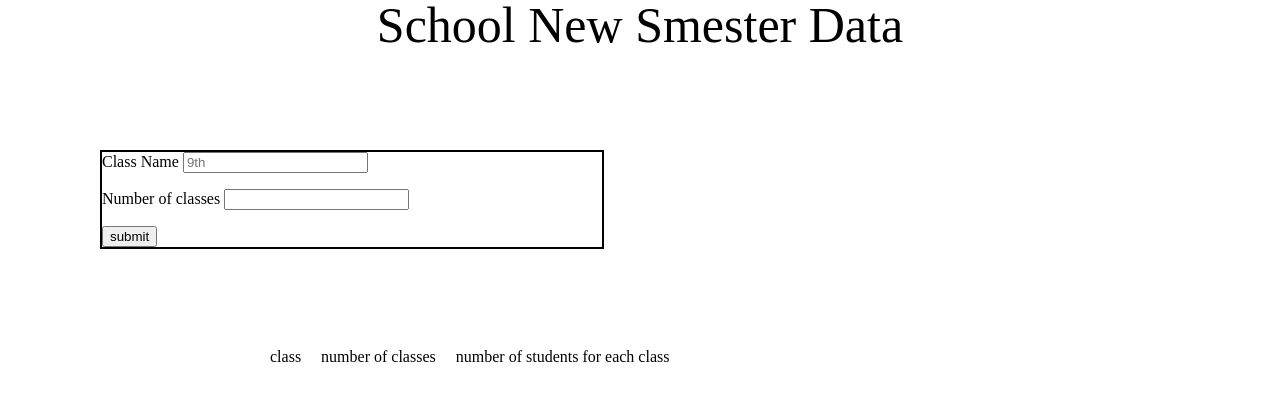
Repository: Razan-am/exam-practice
Page: index.html
The author's editor kept a copy of each file at every save. The page is drawn from the files as they stood at one save, then again after the next save.
The browser window is 1280 px wide. The pictures show the whole page.

Above is the page before, as saved 2021-05-31 00:33:27.

### index.html
<!DOCTYPE html>
<html lang="en">
<head>
    <meta charset="UTF-8">
    <meta http-equiv="X-UA-Compatible" content="IE=edge">
    <meta name="viewport" content="width=device-width, initial-scale=1.0">
    <title>Document</title>
    <link rel="stylesheet" href="css/reset.css">
    <link rel="stylesheet" href="css/style.css">
</head>
<body>
    <header>
        <h1>School New Smester Data</h1>
    </header>
    <main>
        <form action="" id="myForm">
            <fieldset>
                <label for="className">Class Name</label>
                <input type="text" id="className" name="className" placeholder="9th">
                <br/><br/>
                <label for="classNumber">
                    Number of classes
                </label>
                <input type="number" id="classNamber" name="classNumber">
                <br/><br/>
                <input type="submit" value="submit">
            </fieldset>
        </form>
        <div >
            <table id="table"></table>
        </div>
    </main>
    <footer></footer>
    <script src="js/app.js"></script>
</body>
</html>

### css/style.css
h1{
    text-align: center;
    font-size: 50px;
    margin-bottom: 100px;
}

form{
    margin-left: 100px;
    margin-bottom: 100px;

}
fieldset{
    display: inline-block;
    border: 2px solid black;
    width: 500px;
}

table {
    margin-left: 250px;
}
th{
    padding-left: 20px;
}
td{
    padding-left: 20px;
}

### js/app.js
'use strict';

let myForm = document.getElementById('myForm');
let myTable = document.getElementById('table');

let headerData = ['class', 'number of classes', 'number of students for each class']

let mainArr = [];
function Myform(className, numberOfClasses) {
    this.className = className;
    this.numberOfClasses = numberOfClasses;
    // this.randomNumber = 0;
    mainArr.push(this);

}
console.log(mainArr);

// function random(min, max) {
//     mainArr.randomNumber = Math.floor(Math.random() * (max - min + 1)) + min;
// }


myForm.addEventListener('submit', handleSubmit);

function handleSubmit(event) {
    event.preventDefault();
    let className = event.target.className.value;
    let classNumber = event.target.classNumber.value;
    new Myform(className, classNumber);
    setting();
    render();
}

let headerEl = document.createElement('tr');
myTable.appendChild(headerEl);
function render() {
    // myTable.textContent='';
    let tBody = document.createElement('tr');
    myTable.appendChild(tBody);
    headerEl.textContent = '';
        for (let i = 0; i < headerData.length; i++) {
            let thEl = document.createElement('th');
            headerEl.appendChild(thEl);
            thEl.textContent = `${headerData[i]}`
        }
    for (let index = 0; index < mainArr.length; index++) {
        tBody.textContent='';
        let td1 = document.createElement('td');
        tBody.appendChild(td1);
        td1.textContent = `${mainArr[index].className}`;

        let td2 = document.createElement('td');
        tBody.appendChild(td2);
        td2.textContent = `${mainArr[index].numberOfClasses}`;

        // let td3 = document.createElement('td');
        // tBody.appendChild(td3);
        // td3.textContent = `${mainArr[index].randomNumber}`;
    }

}


function setting() {
    let data = JSON.stringify(mainArr);
    localStorage.setItem('name' , data);
}

function getting() {
    let stringObj = localStorage.getItem('name')
    let normalObj = JSON.parse(stringObj);
    if(normalObj !== null){
        mainArr = normalObj;
    }
    render();
}
// random(1, 10);
getting();

Loaded but not shown: css/reset.css (common file)

After the next save:
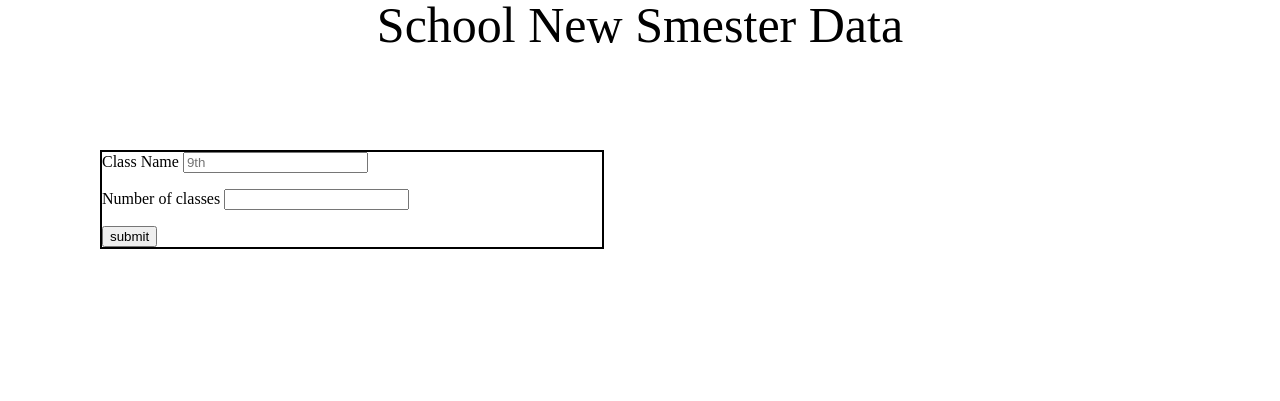
Saved 13 s later.
--- a/js/app.js
+++ b/js/app.js
@@ -38,13 +38,13 @@ function render() {
     let tBody = document.createElement('tr');
     myTable.appendChild(tBody);
     headerEl.textContent = '';
+    for (let index = 0; index < mainArr.length; index++) {
+        tBody.textContent='';
         for (let i = 0; i < headerData.length; i++) {
             let thEl = document.createElement('th');
             headerEl.appendChild(thEl);
             thEl.textContent = `${headerData[i]}`
         }
-    for (let index = 0; index < mainArr.length; index++) {
-        tBody.textContent='';
         let td1 = document.createElement('td');
         tBody.appendChild(td1);
         td1.textContent = `${mainArr[index].className}`;
